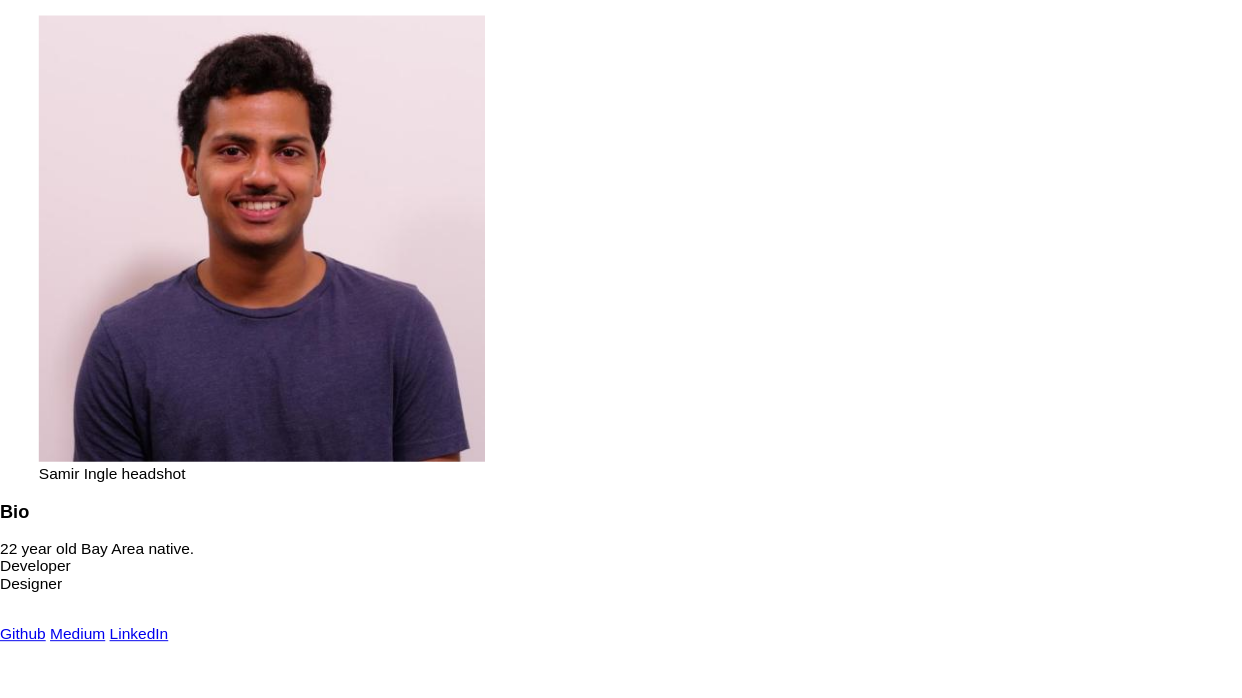
Repository: SamirIngley/html-semantic
Page: about.html
An editor plug-in stored every save of this project. The page is shown before and after the next save, followed by the edit.
The browser window is 1280 px wide. The pictures show the whole page, at 97% of full size.

Above is the page before, as saved 2020-01-28 16:59:35.

After the next save:
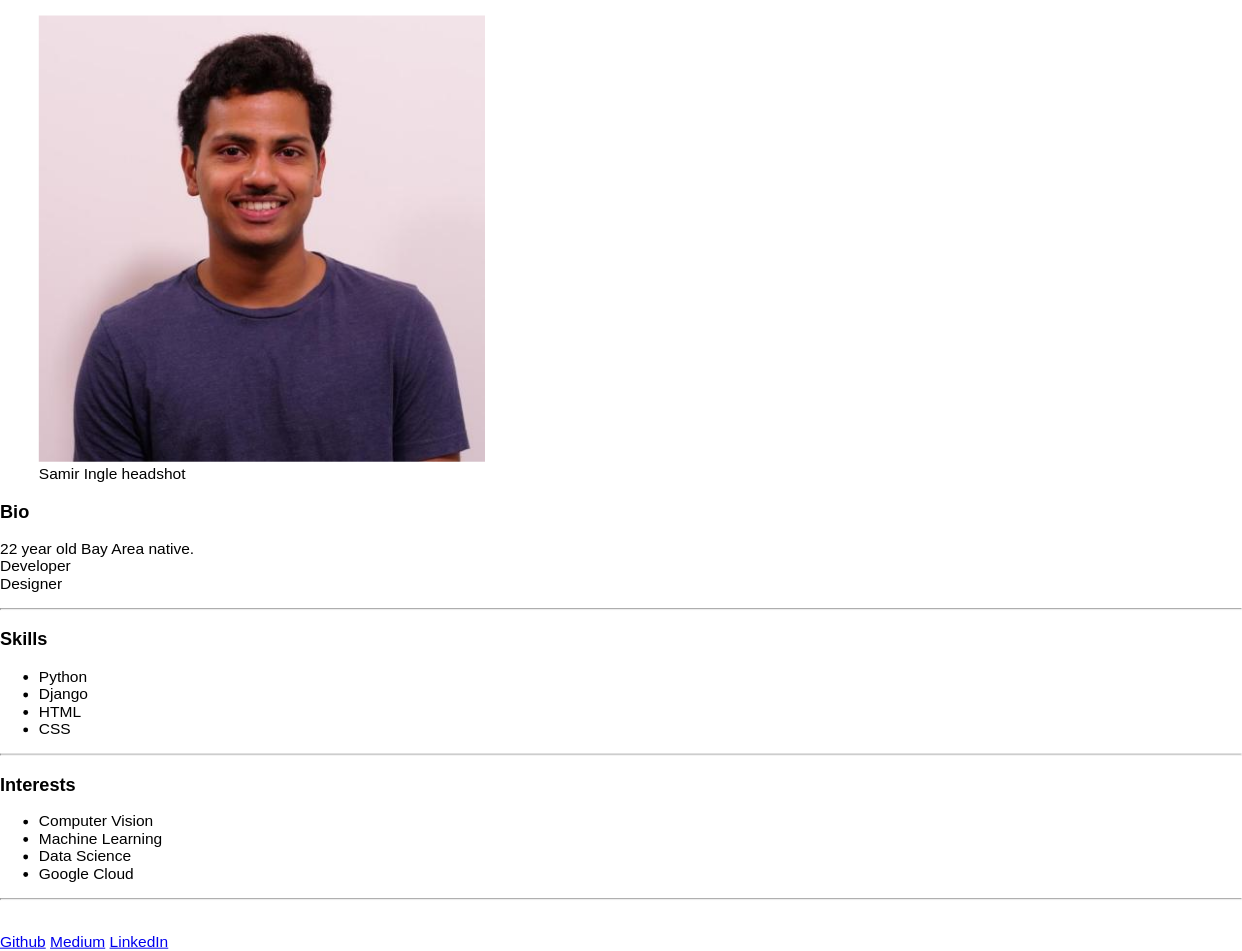
Saved 28 s later.
--- a/about.html
+++ b/about.html
@@ -28,6 +28,28 @@
         Designer
         </p>
     </article>
+    <hr>
+        <section>
+            <h3>Skills</h3>
+            <ul>
+                <li>Python</li>
+                <li>Django</li>
+                <li>HTML</li>
+                <li>CSS</li>
+            </ul>
+        </section>
+        <hr>
+        <section>
+            <h3>Interests</h3>
+            <ul>
+                <li>Computer Vision</li>
+                <li>Machine Learning</li>
+                <li>Data Science</li>
+                <li>Google Cloud</li>
+            </ul>
+        </section>
+        <hr>
+        <p>
 <footer>
         <br>
         <a href="https://github.com/SamirIngley">Github</a>
